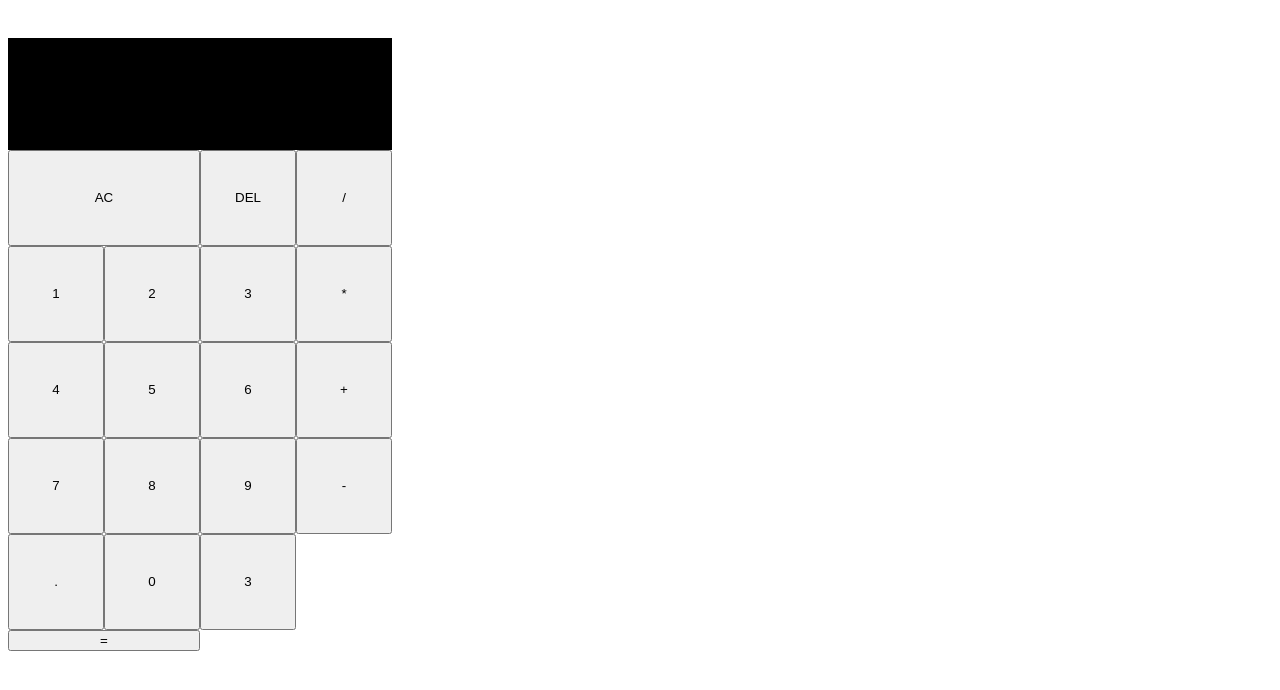
Repository: khadergw/calculator
Page: / (app in calculator/)
An editor plug-in stored every save of this project. The page is shown before and after the next save, followed by the edit.
The browser window is 1280 px wide. The pictures show the whole page.
The project was rebuilt for these pictures with package versions that can differ from the ones it lists, and the page was loaded fresh each time. Also part of the build but not shown: calculator/src/App.css.

Above is the page before, as saved 2022-09-10 23:28:38.

### calculator/src/App.js
import './App.css';
import './styles.css';

function App() {
  return (
    <div className="CalGrid">
      <div className='output'>
        <div className='prevOper'></div>
        <div className='currOper'></div>
      </div>
      <button className='wider'>AC</button>
      <button>DEL</button>
      <button>/</button>
      <button>1</button>
      <button>2</button>
      <button>3</button>
      <button>*</button>
      <button>4</button>
      <button>5</button>
      <button>6</button>
      <button>+</button>
      <button>7</button>
      <button>8</button>
      <button>9</button>
      <button>-</button>
      <button>.</button>
      <button>0</button>
      <button>3</button>
      <button className='wider'>=</button>


    </div>
  );
}

export default App;

### calculator/src/styles.css
.CalGrid {
  display: grid;
  margin-top: 3%;
  grid-template-columns: repeat(4, 6rem);
  grid-template-rows: minmax(7rem, auto) repeat(5, 6rem);
}

.wider {
  grid-column: span 2;
}

.output {
  background-color: black;
  grid-column: 1 / -1;
}

Loaded but not shown: calculator/public/index.html (common file); calculator/src/index.js (common file)

After the next save:
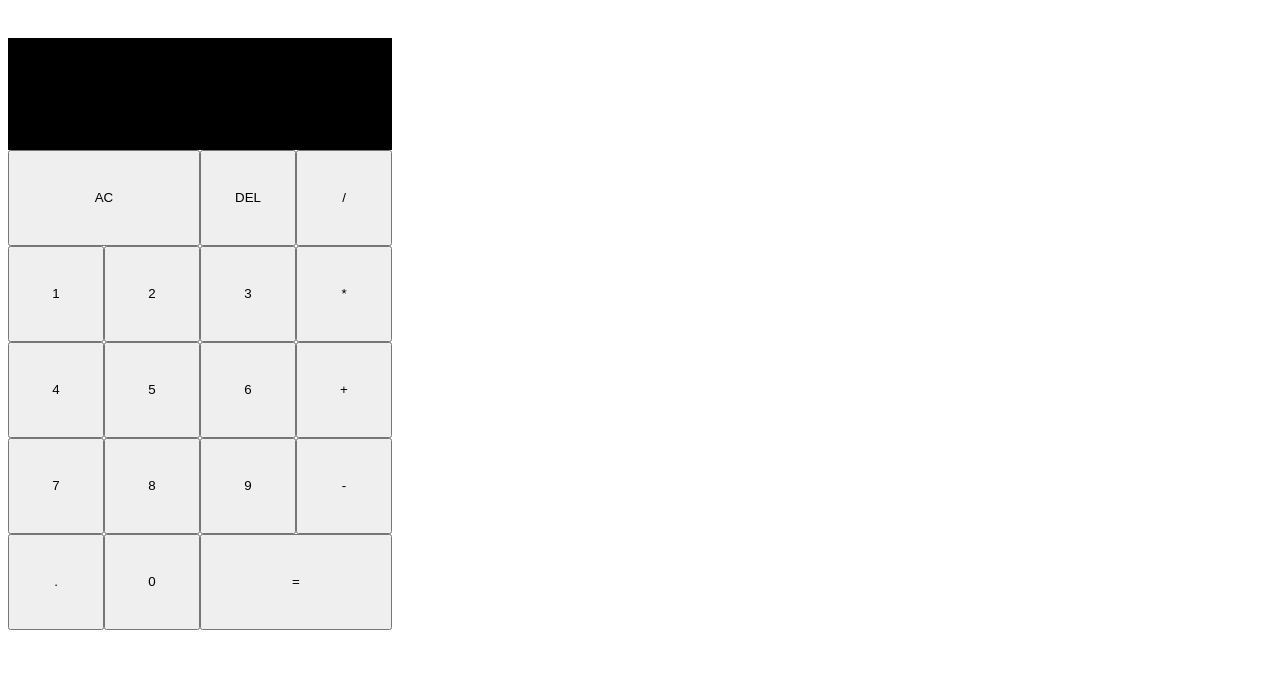
Saved 60 s later.
--- a/calculator/src/App.js
+++ b/calculator/src/App.js
@@ -25,7 +25,6 @@ function App() {
       <button>-</button>
       <button>.</button>
       <button>0</button>
-      <button>3</button>
       <button className='wider'>=</button>
 
 
